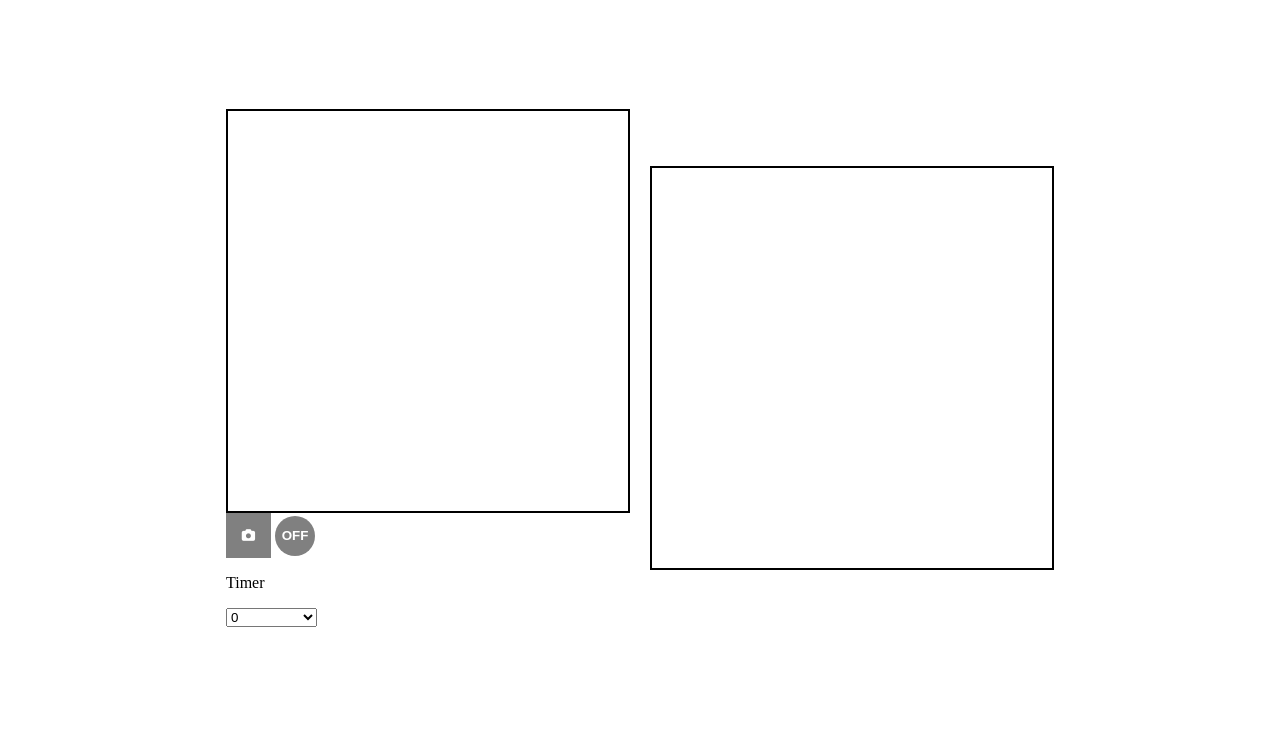
Repository: dmpelaez/photoBoothy
Page: Photobooth.html
The author's editor kept a copy of each file at every save. The page is drawn from the files as they stood at one save, then again after the next save.
The browser window is 1280 px wide. The pictures show the whole page.
Some web libraries are served in a nearby version.

Above is the page before, as saved 2025-12-16 23:10:39.

### Photobooth.html
<!DOCTYPE html>

  <html>

    <head>

      <title>Photobooth</title>
      <!--CSS link-->
      <link rel="stylesheet" href="https://cdnjs.cloudflare.com/ajax/libs/font-awesome/7.0.1/css/all.min.css">
      <link rel="stylesheet" href="Photobooth.css">
    </head>
    <body>
      <div class="container">

        <div class="timer"></div>

        <video autoplay id="video">

        </video>
        <button id="photo-btn" ><i class="fa-solid fa-camera"></i></button>
        <button id="btn-toggle">OFF</button>
        <p class="timerchoose">Timer</p>
        <select class="select" value="">
          <option value="0">0</option>
          <option  value="3">3 seconds</option>
          <option  value="5">5 seconds</option>
          <option value="7">7 seconds</option>
          <option  value="10">10 seconds</option>
        </select>

      </div>

      <canvas id="canvas-image"></canvas>
      <script src="Photobooth.js"></script>
    </body>

  </html>

### Photobooth.css
body {
  display: Flex;
  align-items: center;
  justify-content: center;
  HEIGHT: 100VH;
  flex-direction: row;
  gap: 20px;
}
#video,
#canvas-image {
  border: 2px solid black;
  height: 400px;
  width: 400px;
}
#video {
  display: grid;
}
#btn-toggle {

  background: gray;
  border: none;
  border-radius: 50%;
  height: 40px;
  width: 40px;
  color: white;
  font-weight: bold;
  font-family: arial;
  cursor: pointer;
}
#photo-btn {


  height: 45px;
  width: 45px;
  border: none;
  background: gray;
  cursor: pointer;
}
#photo-btn i {
  color: white;
}
.timer {
display: none;

}

.timerPhoto {
  background: black;
  height: 50px;
  width: 50px;
  color: white;
  display: flex;
  align-items: center;
  justify-content: center;
   position: absolute;
  left: 35%;
  bottom: 69.5%;
}

### Photobooth.js
//To make the video appear in html
//I use <video></video> html element
const video = document.getElementById('video');
//canvas element is where the photos will appear
const canvas = document.getElementById('canvas-image');
const btn = document.getElementById('photo-btn');
//I set the canvas into 2d to get the copy
//of the photo taken
const context = canvas.getContext('2d');


//I use navigator.mediDevices.getUsermedia
//to get access on the camera by allowing the
//video and use it to assigned as value of
//video element

///-----------------------------------------------------------------///
//Default value false
let isVideo = false;


//This is a btn for on and off to the camera
document.getElementById('btn-toggle')
.addEventListener('click', () => {

  //Condition where it looks for the opposite
  //value of isVideo by using NOT operator
  //which will result to having a value of TRUE
  if (!isVideo) {
  //once it becomes true
  //navigator.mediaDevices.getUserMedia will activate
  //and the access to video will open
  navigator.mediaDevices.getUserMedia({video: true})
  .then((stream) => {
  //access to camera
  video.srcObject = stream;
  //btn ON
   document.getElementById('btn-toggle').innerHTML = 'ON';
   //Value was change to true
   //so once the btn is click again
   //the else if is the one that will be open
     isVideo = true;

  });
} else if (isVideo) {
  //access to camera again
 navigator.mediaDevices.getUserMedia({video: true})
  .then((stream) => {
    //To stop the camera access
    stream.getTracks().forEach(track => track.stop());
    //To stop the webcam light we need to track all
    //the access video.srcObject have
    for (const track of video.srcObject.getTracks()) {
      track.stop();
    }
    //no value
    stream = null;
    //no value
   video.srcObject = null;
   //Display btn as OFF
   document.getElementById('btn-toggle').innerHTML = 'OFF';
   //Value is changed to false
   isVideo = false;

  })

}
console.log(isVideo);
});

///------------------------------------------------------------///
//capturePhoto is a function where
// the canvas width and height have the
// values of videos'
//and context.drawImage capture everything
//and replicate the videos into photo
//and before that we change its value
//to the canvas.getContext('2d')
function capturePhoto() {
  //the value canvas width and height
  // is the same as the video width and height;
  canvas.width = video.videoWidth;
  canvas.height = video.videoHeight;

  //
  context.drawImage(video, 0, 0, canvas.width, canvas.height);
}

///------------------------------------------------------------------------///
//btn for camera to capture
btn.addEventListener('click', () => {
//Finally after minutes of thinking how
//to activate the timer if the camera is open

//This will only activate if the isVideo value
// is true but its default value stop it from triggering
//the settimer() because it didn't meet the condition
if (isVideo === true) {
settimer();

}
})

document.body.addEventListener('keydown', (event) => {
  if (event.code === 'Space') {
    if (isVideo === true) {
      settimer();
  }
 }
})

///-----------------------------------------------------------------////








//Timer default setTime
let timer = 0;
//Time interval default value;
let timeInterval = null;
//Get the class selector of select element
const setTime = document.querySelector('.select');
//Use it to get the value from options
//using the eventlistener
//and reassinged the value of timer
//based on the selected value
setTime.addEventListener('change', () => {
  timer = Number(setTime.value);
})

//This is timer function
// where after five seconds
//it will capture a picture
function settimer() {
  //ClearInterval to clear the previous time
  clearInterval(timeInterval);

 //variable timeChange is assign to the value of timer
 let timeChange = timer;
  const timer2 =  document.querySelector('.timer');
  //Use if condition to trigger the funtions inside
  if (timeChange > 0) {
    console.log(timeChange);

    //timeInterval value is reassigned to setInterval
    timeInterval = setInterval(() => {
      //where the class for display of timer is added
      timer2.classList.add("timerPhoto");
      //and display it to see
       document.querySelector('.timer').innerHTML = timeChange;
       //Use if statement
       //where if the timer is equal to 0
       //it will clear the timeInterval which is this
       //part of the function to reset the timer
       //and remove the display
       //and also capture the image
       if (timeChange === 0) {
        clearInterval(timeInterval);
        capturePhoto();

        timer2.classList.remove("timerPhoto");
       }
       //Time is dropping only until it
       //reaches 0 because the if statement condition
       // remove all this part after reaching the time 0

       timeChange --;

    }, 1000);


  } else  {
    //Optional but to make sure
    //the photo is captured
    capturePhoto();

  }
}

After the next save:
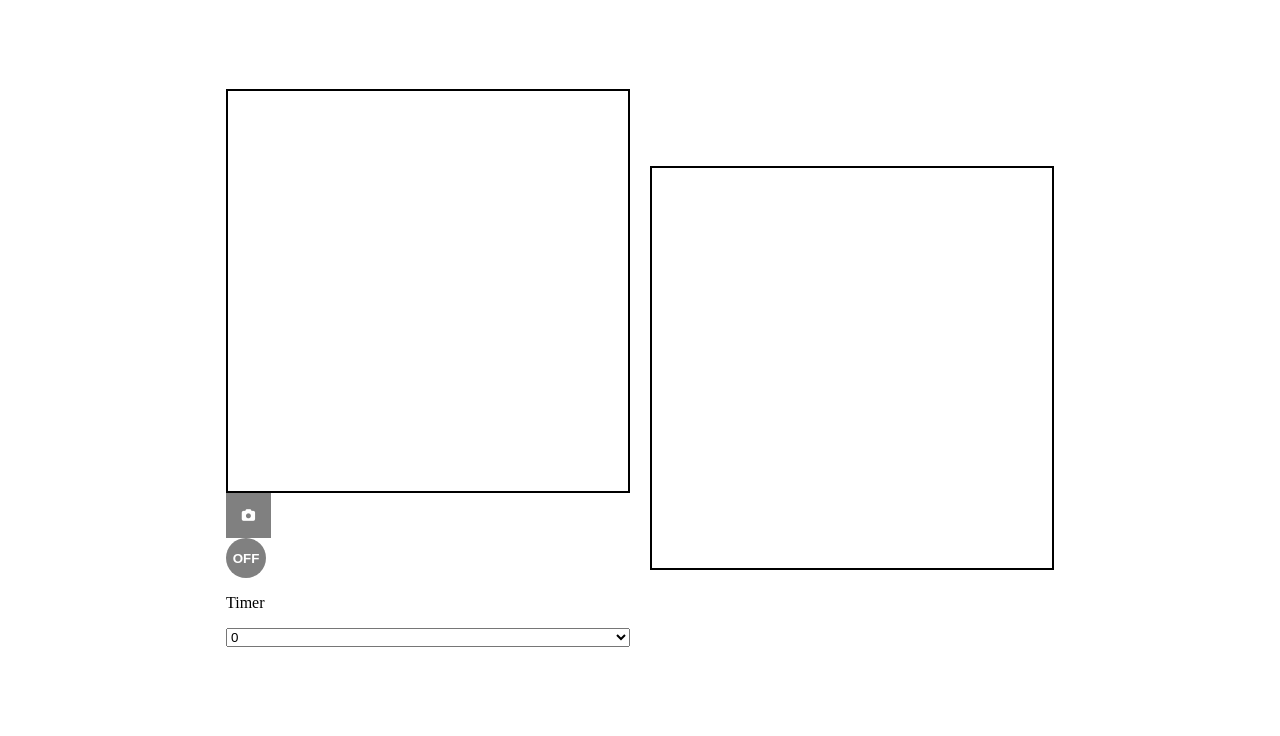
Saved 47 s later.
--- a/Photobooth.css
+++ b/Photobooth.css
@@ -5,6 +5,10 @@ body {
   HEIGHT: 100VH;
   flex-direction: row;
   gap: 20px;
+}
+
+.container {
+  display: grid;
 }
 #video,
 #canvas-image {
